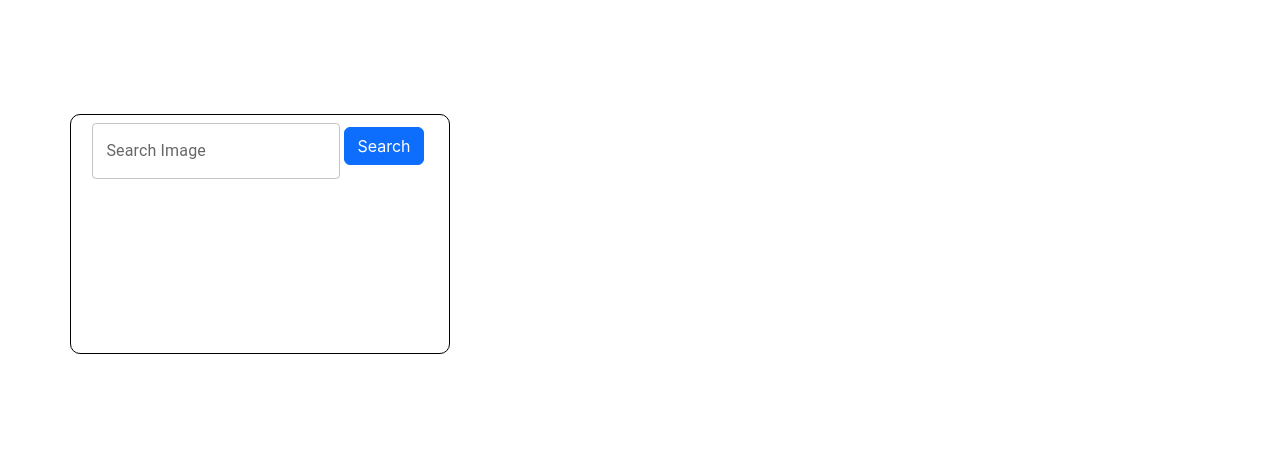
Repository: mohit78911/Snapshot
Page: /
An editor plug-in stored every save of this project. The page is shown before and after the next save, followed by the edit.
The browser window is 1280 px wide. The pictures show the whole page.
The project was rebuilt for these pictures with package versions that can differ from the ones it lists, and the page was loaded fresh each time. Also part of the build but not shown: src/snapshot/SearchBox.css.

Above is the page before, as saved 2023-09-01 10:48:48.

After the next save:
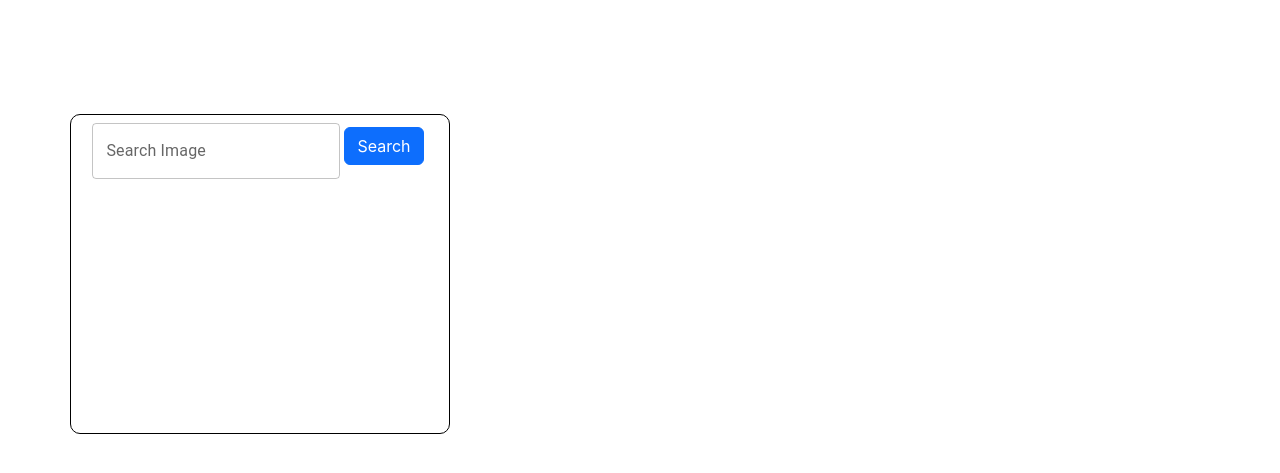
Saved 8 s later.
--- a/src/App.css
+++ b/src/App.css
@@ -42,5 +42,5 @@
   margin-top: 10%;
   border: 1px solid black;
   border-radius: 10px;
-  height: 15rem;
+  height: 20rem;
 }
